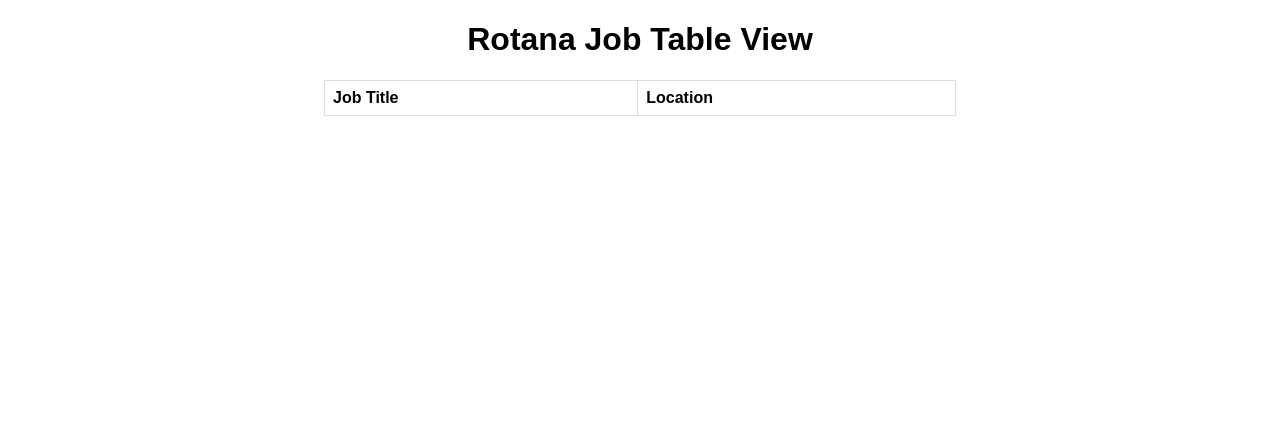
Repository: Reham28/RotanaJobs
Page: public/index.html
The author's editor kept a copy of each file at every save. The page is drawn from the files as they stood at one save, then again after the next save.
The browser window is 1280 px wide. The pictures show the whole page.
The page's requests for data from a server got no answer.

Above is the page before, as saved 2023-09-16 18:28:48.

### public/index.html
<!DOCTYPE html>
<html lang="en">
<head>
  <meta charset="UTF-8">
  <meta name="viewport" content="width=device-width, initial-scale=1.0">
  <title>Rotana Job Table View</title>
  <link rel="stylesheet" href="style.css">
</head>
<body>
  <h1>Rotana Job Table View</h1>
  <table id="jobTable">
    <thead>
      <tr>
        <th>Job Title</th>
        <th>Location</th>
      </tr>
    </thead>
    <tbody></tbody>
  </table>

  <script src="app.js"></script>
</body>
</html>

### public/style.css
body {
    font-family: Arial, sans-serif;
  }

  h1 {
    text-align: center;
  }

  table {
    border-collapse: collapse;
    width: 50%;
    margin: 0 auto;
  }

  th, td {
    border: 1px solid #ddd;
    padding: 8px;
    text-align: left;
  }

  tr:nth-child(even) {
    background-color: #f2f2f2;
  }

  #map {
    height: 500px;
    width: 80%;
    margin: 0 auto;
  }

### public/app.js
document.addEventListener('DOMContentLoaded', () => {
    const jobTable = document.getElementById('jobTable').getElementsByTagName('tbody')[0];

    fetch('/jobs')
      .then(response => response.json())
      .then(data => {
        data.forEach(job => {
          const row = jobTable.insertRow();
          const titleCell = row.insertCell(0);
          const locationCell = row.insertCell(1);

          titleCell.innerText = job.title;
          locationCell.innerText = job.location;
        });
      })
      .catch(error => console.error('Error:', error));
  });

After the next save:
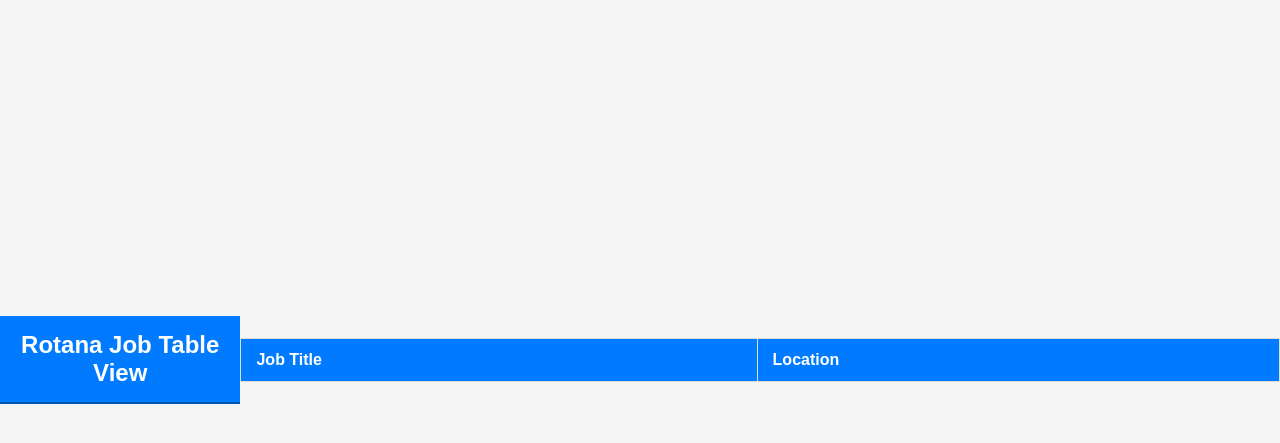
Saved 28 s later.
--- a/public/style.css
+++ b/public/style.css
@@ -27,3 +27,53 @@
     width: 80%;
     margin: 0 auto;
   }
+
+  body {
+    font-family: Arial, sans-serif;
+    background-color: #f5f5f5;
+    margin: 0;
+    display: flex;
+    justify-content: center;
+    align-items: center;
+    height: 100vh;
+  }
+
+  .container {
+    background-color: #fff;
+    border-radius: 10px;
+    box-shadow: 0 0 20px rgba(0, 0, 0, 0.1);
+    overflow: hidden;
+  }
+
+  h1 {
+    text-align: center;
+    background-color: #007bff;
+    color: #fff;
+    margin: 0;
+    padding: 15px;
+    font-size: 24px;
+    border-bottom: 2px solid #0056b3;
+  }
+
+  table {
+    border-collapse: collapse;
+    width: 100%;
+  }
+
+  th, td {
+    padding: 12px 15px;
+    text-align: left;
+  }
+
+  th {
+    background-color: #007bff;
+    color: #fff;
+  }
+
+  tr:nth-child(even) {
+    background-color: #f2f2f2;
+  }
+
+  tr:hover {
+    background-color: #ddd;
+  }
